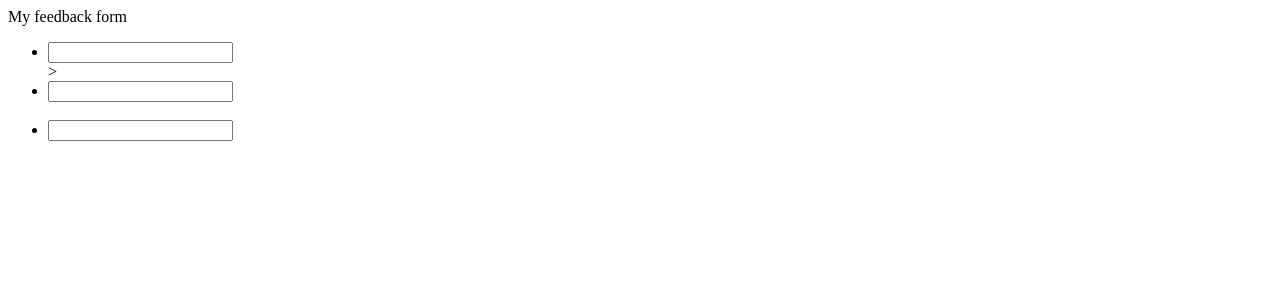
Repository: pratixa-chauhan/practice
Page: view/schedule2.html
An editor plug-in stored every save of this project. The page is shown before and after the next save, followed by the edit.
The browser window is 1280 px wide. The pictures show the whole page.

Above is the page before, as saved 2021-12-20 16:08:15.

### view/schedule2.html
<!DOCTYPE html>
<html>
    <head> My feedback form</head>
    <form>
        <ul>
       <li> <label for="name"></label>
        <input type="text" id="name" name="name"></li>><br>
        <li>
        <label for="password"></label>
        <input type="password" id="pwd" name="pwd"></li><br>
        <li>
        <label for="email"></label>
        <input type="email" id="email" name="email"></li><br><br><br>
        </ul>



        </form>
</html>

After the next save:
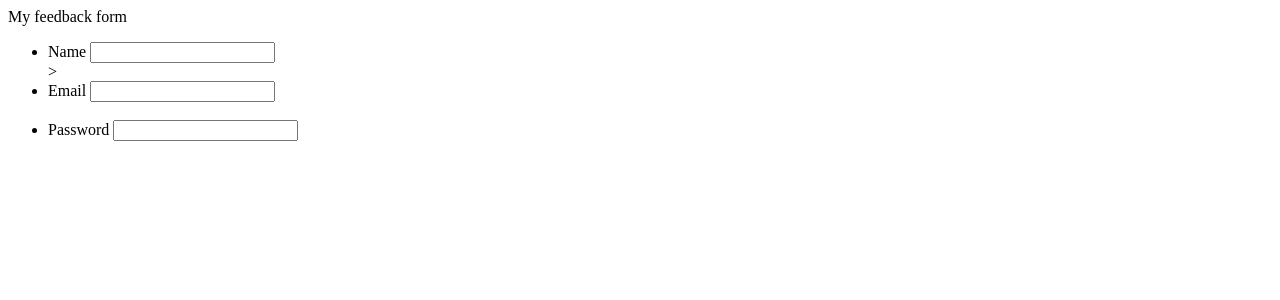
Saved 97 s later.
--- a/view/schedule2.html
+++ b/view/schedule2.html
@@ -3,13 +3,13 @@
     <head> My feedback form</head>
     <form>
         <ul>
-       <li> <label for="name"></label>
+       <li> <label for="name">Name</label>
         <input type="text" id="name" name="name"></li>><br>
         <li>
-        <label for="password"></label>
+        <label for="password">Email</label>
         <input type="password" id="pwd" name="pwd"></li><br>
         <li>
-        <label for="email"></label>
+        <label for="email">Password</label>
         <input type="email" id="email" name="email"></li><br><br><br>
         </ul>
 
